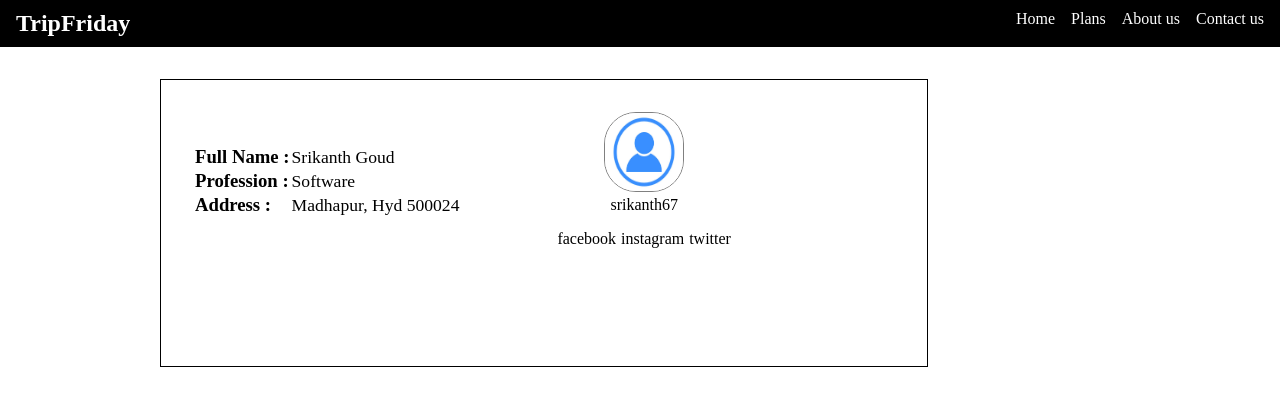
Repository: suraj-yadav7/userprofile
Page: /userdetails
An editor plug-in stored every save of this project. The page is shown before and after the next save, followed by the edit.
The browser window is 1280 px wide. The pictures show the whole page.
The project was rebuilt for these pictures with package versions that can differ from the ones it lists, and the page was loaded fresh each time. Also part of the build but not shown: src/components/UserProfile.jsx.

Above is the page before, as saved 2023-05-04 12:00:33.

After the next save:
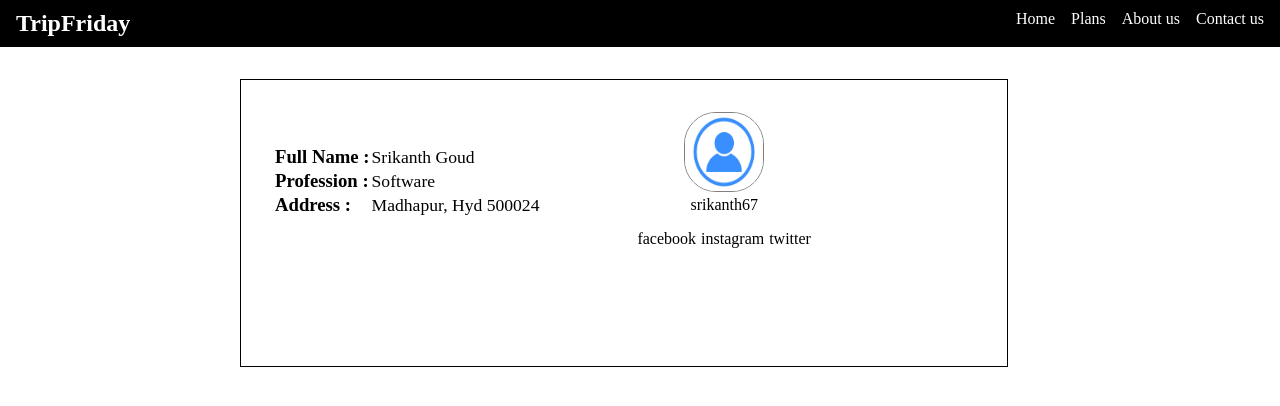
Saved 5 s later.
--- a/src/assests/userDetails.scss
+++ b/src/assests/userDetails.scss
@@ -7,7 +7,7 @@
     width: 60vw;
     height: 40vh;
     padding: 2rem;
-    margin: 2rem 10rem;
+    margin: 2rem 15rem;
     >.sub1{
         padding: 2rem 0;
         p{
